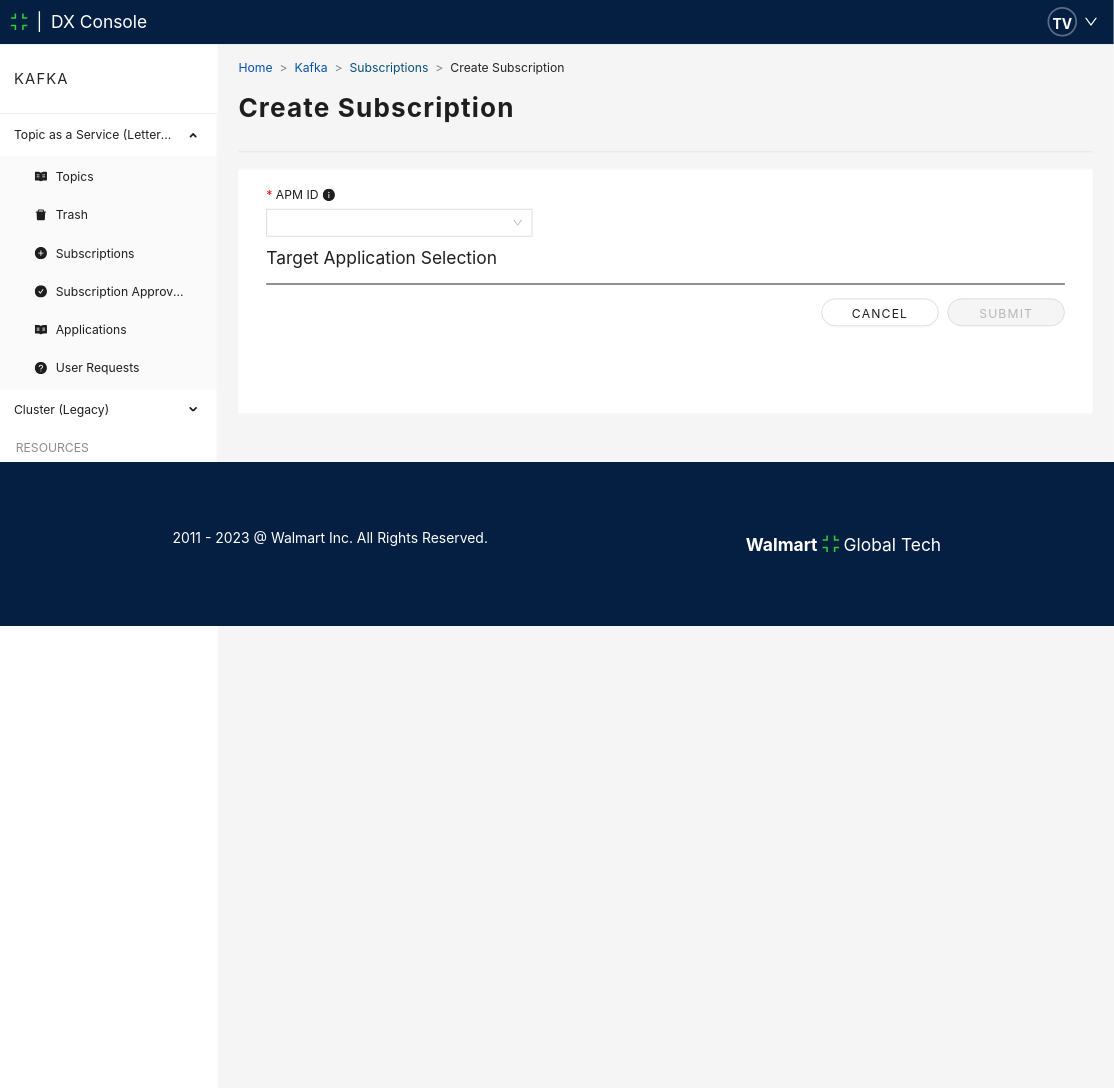
Repository: Qianying-Chai/kafka
Page: /kafka/subscriptions_active_tab=proxy/create
An editor plug-in stored every save of this project. The page is shown before and after the next save, followed by the edit.
The browser window is 1280 px wide. The pictures show the whole page, at 87% of full size.
The project was rebuilt for these pictures with package versions that can differ from the ones it lists, and the page was loaded fresh each time. Also part of the build but not shown: src/pages/Components/ComponentsTable.jsx, src/pages/Components/ComponentsInput.jsx, src/pages/Components/ComponentsPagination.jsx, src/pages/Taas/Topics/Topics.jsx, src/pages/Taas/Topics/CreateTopics/Form/DetailsForm.jsx, src/pages/Taas/Topics/CreateTopics/CreateTopic.jsx, src/pages/Taas/Trash/Style/Trash.css, src/pages/Taas/Trash/Trash.jsx and 15 more.

Above is the page before, as saved 2024-01-15 21:06:59.

### src/index.js
import React from "react";
import ReactDOM from "react-dom/client";
import App from "./App";
import { BrowserRouter } from "react-router-dom";
import { Provider } from "react-redux";
import store from "../src/redux/store";
import "./style/index.css";

const root = ReactDOM.createRoot(document.getElementById("root"));
root.render(
  <Provider store={store}>
    <BrowserRouter>
      <App />
    </BrowserRouter>
  </Provider>
);

### src/redux/store.jsx
import { configureStore } from "@reduxjs/toolkit";
import reducer from "./reducer";
const store = configureStore({ reducer: reducer });
export default store;

### src/pages/common/Header.jsx
import React from "react";
import "./Style/Header.css";
import { CompressOutlined, UpOutlined, DownOutlined } from "@ant-design/icons";
import { Layout } from "antd";
import { useState } from "react";
const Header = () => {
  const [login, setLogin] = useState(true);

  return (
    <Layout>
      <Layout.Header className="header">
        <div className="header-content-left">
          <CompressOutlined className="header-left-icon" />
          <span className="header-left-divider">|</span>
          <span className="header-left-dx-console">DX Console </span>
        </div>
        <div className="header-content-right">
          <div className="user">
            <div className="user-icon">TV</div>
            {login ? (
              <DownOutlined
                className="login-button"
                onClick={() => {
                  setLogin((state) => !state);
                }}
              />
            ) : (
              <UpOutlined
                className="logout-button"
                onClick={() => {
                  setLogin((state) => !state);
                }}
              />
            )}
          </div>
          <div
            className="logout-pop-up"
            style={{
              display: login ? "none" : "block",
            }}
          >
            LOGOUT
          </div>
        </div>
      </Layout.Header>
    </Layout>
  );
};
export default Header;

### src/pages/common/Sider.jsx
import React from "react";
import { Link } from "react-router-dom";
import "./Style/Sider.css";
import {
  ReadFilled,
  DeleteFilled,
  PlusCircleFilled,
  CheckCircleFilled,
  QuestionCircleFilled,
  HddFilled,
  SettingFilled,
} from "@ant-design/icons";
import { Layout, Menu, theme, ConfigProvider } from "antd";
import categoryConstants from "./categoryConstants";

const Sider = () => {
  const {
    token: { colorBgContainer },
  } = theme.useToken();

  const items = [
    {
      key: "Topic as a Service (Lettera)",
      label: "Topic as a Service (Lettera)",
      children: [
        {
          key: "Topics",
          label: (
            <Link to={`kafka/${categoryConstants.TOPICS.toLowerCase()}`}>
              {categoryConstants.TOPICS}
            </Link>
          ),
          icon: React.createElement(ReadFilled),
        },
        {
          key: "Trash",
          label: (
            <Link to={`kafka/${categoryConstants.TRASH.toLowerCase()}`}>
              {categoryConstants.TRASH}
            </Link>
          ),
          icon: React.createElement(DeleteFilled),
        },
        {
          key: "Subscriptions",
          label: (
            <Link
              to={`kafka/${categoryConstants.SUBSCRIPTIONS.toLowerCase()}_active_tab=nonProxy`}
            >
              {categoryConstants.SUBSCRIPTIONS}
            </Link>
          ),
          icon: React.createElement(PlusCircleFilled),
        },
        {
          key: "Subscription Approvals",
          label: (
            <Link to={`kafka/subscriptionRequests`}>
              {categoryConstants.SUBSCRIPTIONS_APPROVALS.replace("_", " ")}
            </Link>
          ),
          icon: React.createElement(CheckCircleFilled),
        },
        {
          key: "Applications",
          label: (
            <Link to={`kafka/${categoryConstants.APPLICATIONS.toLowerCase()}`}>
              {categoryConstants.APPLICATIONS}
            </Link>
          ),
          icon: React.createElement(ReadFilled),
        },
        {
          key: "User Requests",
          label: (
            <Link to={`kafka/requests`}>
              {categoryConstants.USER_REQUESTS.replace("_", " ")}
            </Link>
          ),
          icon: React.createElement(QuestionCircleFilled),
        },
      ],
    },
    {
      label: <div>Cluster (Legacy)</div>,
      key: "Cluster (Legacy)",
      children: [
        {
          key: "Clusters",
          label: (
            <Link to={`kafka/${categoryConstants.CLUSTERS.toLowerCase()}`}>
              {categoryConstants.CLUSTERS}
            </Link>
          ),
          icon: React.createElement(HddFilled),
        },
        {
          key: "Migrated Clusters",
          label: (
            <Link to={`kafka/migrated-clusters`}>
              {categoryConstants.MIGRATED_CLUSTERS.replace("_", " ")}
            </Link>
          ),
          icon: React.createElement(HddFilled),
        },
        {
          key: "Subscription",
          label: (
            <Link to={`kafka/mps-clusters-subscriptions`}>
              {categoryConstants.SUBSCRIPTION}
            </Link>
          ),
          icon: React.createElement(PlusCircleFilled),
        },
        {
          key: "User Requests (Legacy)",
          label: (
            <Link to={`kafka/legacy-requests`}>User Requests (Legacy)</Link>
          ),
          icon: React.createElement(QuestionCircleFilled),
        },
      ],
    },
    {
      label: <div>RESOURCES</div>,
      type: "group",
      key: "RESOURCES",
      children: [
        {
          key: "Supprot",
          label: (
            <Link to={`kafka/${categoryConstants.SUPPORT.toLowerCase()}`}>
              {categoryConstants.SUPPORT}
            </Link>
          ),
          icon: React.createElement(SettingFilled),
        },
      ],
    },
  ];

  return (
    <ConfigProvider
      theme={{
        components: {
          Menu: {
            itemHoverBg: "",
            itemHoverColor: "#1890ff",
            padding: 30,
          },
          Tabs: {
            inkBarColor: "rgb(4, 31, 65)",
          },
        },
      }}
    >
      <Layout.Sider
        className="sider"
        width={"250px"}
        style={{
          background: colorBgContainer,
        }}
      >
        <div className="slider-top">
          <span className="slider-top-content">KAFKA</span>
        </div>
        <div
          style={{
            marginLeft: "-12px",
          }}
        >
          <div></div>
          <Menu
            mode="inline"
            items={items}
            defaultOpenKeys={["Topic as a Service (Lettera)", "RESOURCES"]}
            style={{
              color: "#041f41",
            }}
          />
        </div>
      </Layout.Sider>
    </ConfigProvider>
  );
};
export default Sider;

### src/pages/common/categoryConstants.jsx
const categoryConstants = {
  TOPICS: "Topics",
  TRASH: "Trash",
  SUBSCRIPTIONS: "Subscriptions",
  SUBSCRIPTIONS_APPROVALS: "Subscription Approvals",
  APPLICATIONS: "Applications",
  USER_REQUESTS: "User Requests",
  CLUSTERS: "Clusters",
  MIGRATED_CLUSTERS: "Migrated Clusters",
  SUBSCRIPTION: "Subscription",
  USERE_REQUESTS_LEGACY: "User Requests (Legacy)",
  SUPPORT: "Support",
  CREATE_TOPIC: "Create Topic",
  CREATE_SUBSCRIPTION: "Create Subscription",
};

export default categoryConstants;

### src/pages/Taas/Subscriptions/SubscriptionsProxy/CreateSubscriptions/CreateSubscriptionsProxy.jsx
import React from "react";
import ComponentsContent from "../../../../Components/ComponentsContent";
import categoryConstants from "../../../../common/categoryConstants";
import ComponentsBreadcrumb from "../../../../Components/ComponentsBreadcrumb";
import ComponentsDivider from "../../../../Components/ComponentsDivider";
import ComponentsTitle from "../../../../Components/ComponentsTitle";
import SubscriptionNameForm from "../Form/SubscriptionNameForm";
// import SourceTopicSelectionFormProxy from "./Forms/SourceTopicSelectionFormProxy";
import { Typography, Button, ConfigProvider } from "antd";
const { Title } = Typography;
const CreateSubscriptionsProxy = () => {
  return (
    <ConfigProvider
      theme={{
        token: {
          borderRadius: 0,
        },
      }}
    >
      <div>
        <ComponentsBreadcrumb
          items={[
            {
              title: "Home",
            },
            {
              title: "Kafka",
            },
            {
              title: categoryConstants.SUBSCRIPTIONS,
              href: `/kafka/${categoryConstants.SUBSCRIPTIONS.toLowerCase()}_active_tab=nonProxy`,
            },
            {
              title: categoryConstants.CREATE_SUBSCRIPTION,
            },
          ]}
        />
        <div className="content-banner">
          <ComponentsTitle title={categoryConstants.CREATE_SUBSCRIPTION} />
        </div>
      </div>
      <ComponentsContent>
        {/* <SourceTopicForm /> */}
        <SubscriptionNameForm />
        <Title level={4} style={{ fontWeight: "normal" }}>
          Target Application Selection
        </Title>
        {/* <TargetApplicationSelectionForm /> */}
        <ComponentsDivider />
        <div className="buttons-wrapper">
          <Button shape="round" size={"medium"} className="cancel-button">
            CANCEL
          </Button>
          <Button
            shape="round"
            size={"medium"}
            disabled
            className="submit-button"
          >
            SUBMIT
          </Button>
        </div>
      </ComponentsContent>
    </ConfigProvider>
  );
};
export default CreateSubscriptionsProxy;

### src/pages/common/Footer.jsx
import React from "react";
import { Layout } from "antd";
import { CompressOutlined } from "@ant-design/icons";
import "./Style/Footer.css";

const Footer = () => {
  return (
    <Layout.Footer className="footer">
      <div className="footer-text-left">
        2011 - 2023 @ Walmart Inc. All Rights Reserved.
      </div>
      <div className="footer-text-right">
        <span className="footer-text-right-walmart">Walmart</span>
        <CompressOutlined className="footer-icon" />
        <span className="footer-text-right-global-tech">Global Tech</span>
      </div>
    </Layout.Footer>
  );
};

export default Footer;

### src/redux/reducer.jsx
import { SET_PATH_NAME, SET_SELECTED_TAAS_SUBSCRIPTIONS } from "./constants";
const initialState = {
  pathName: "",
  selectedTaasSubscriptions: "nonProxy",
};
const reducer = (state = initialState, action) => {
  const { type, payload } = action;
  switch (type) {
    case SET_PATH_NAME:
      return { ...state, pathName: payload };
    case SET_SELECTED_TAAS_SUBSCRIPTIONS:
      return { ...state, selectedTaasSubscriptions: payload };
    default:
      return state;
  }
};

export default reducer;

### src/pages/common/Style/Header.css
.header {
  justify-content: space-between;
  padding: 0 12px;
  background-color: rgb(4, 31, 65);
  height: 51px;
  line-height: 51px;
  color: #ffffff;
}

.header,
.user {
  display: flex;
}

.header-content-left {
  font-size: 20px;
}

.header-left-icon {
  color: #32cd32;
}

.header-left-divider {
  margin: 0 10px;
}

.header-content-right {
  font-weight: bolder;
  flex-direction: column;
  font-size: 1rem;
  width: 76px;
  padding-left: 12px;
}

.user {
  margin: 8px 0px;
}
.user-icon {
  height: 34px;
  line-height: 34px;
  width: 34px;
  border-radius: 50%;
  text-align: center;
}
.user-icon,
.logout-pop-up {
  border: 2px solid rgba(225, 225, 225, 0.4);
}

.login-button,
.logout-button {
  padding-left: 8px;
}

.logout-pop-up {
  transition: all 10s ease-out;
  width: 100px;
  height: 60px;
  line-height: 60px;
  position: absolute;
  right: 0px;
  z-index: 999;
  font-size: 15px;
  letter-spacing: 1pt;
  text-align: center;
  justify-content: center;
  color: rgb(94, 91, 91);
  box-shadow: 0px 0px 4px 4px rgba(176, 174, 174, 0.4);
}

### src/pages/common/Style/Sider.css
.sider {
  min-height: 1200px;
}

.slider-top {
  height: 80px;
  border-bottom: 1px solid rgb(239, 239, 239);
}
.slider-top-content {
  height: 100%;
  display: flex;
  align-items: center;
  margin-left: 16px;
  letter-spacing: 1pt;
  font-size: 17px;
  color: #000000d9;
}

### src/pages/Components/ComponentsContent.jsx
import React from "react";
import "../common/Style/Content.css";
import { Layout, theme } from "antd";

const ComponentsContent = (props) => {
  const {
    token: { colorBgContainer },
  } = theme.useToken();

  return (
    <div>
      <Layout.Content
        style={{
          padding: "20px 32px 32px",
          minHeight: 280,
          background: colorBgContainer,
        }}
        {...props}
      ></Layout.Content>
    </div>
  );
};
export default ComponentsContent;

### src/pages/Components/ComponentsBreadcrumb.jsx
import React from "react";
import { Breadcrumb, ConfigProvider } from "antd";

const ComponentsBreadcrumb = (props) => {
  return (
    <ConfigProvider
      theme={{
        components: {
          Breadcrumb: {
            lastItemColor: "#000000D9",
            linkColor: "#075179",
            itemColor: "#0751A9",
            linkHoverColor: "#F5F5F5",
          },
          token: {
            colorBgTextHover: "#F5F5F5",
          },
        },
      }}
    >
      <div>
        <Breadcrumb
          style={{
            margin: "16px 0",
          }}
          separator=">"
          items={props.items}
        ></Breadcrumb>
      </div>
    </ConfigProvider>
  );
};
export default ComponentsBreadcrumb;

### src/pages/Components/ComponentsTitle.jsx
import React from "react";
import { Typography, ConfigProvider } from "antd";
const { Title } = Typography;

const ComponentsTitle = (props) => {
  return (
    <>
      <ConfigProvider
        theme={{
          components: {
            token: {
              colorText: "#041E42",
            },
          },
        }}
      >
        <Title level={2} style={{ fontWeight: "bold" }}>
          {props.title}
        </Title>
      </ConfigProvider>
    </>
  );
};

export default ComponentsTitle;

### src/pages/Components/ComponentsDivider.jsx
import React from "react";
import { Divider, ConfigProvider } from "antd";
const ComponentsDivider = () => (
  <ConfigProvider
    theme={{
      token: {
        colorSplit: "rgba(0, 0, 0, 0.85)",
        marginLG: 16,
      },
    }}
  >
    {" "}
    <Divider />
  </ConfigProvider>
);
export default ComponentsDivider;

### src/pages/Taas/Topics/Style/CreateTopic.css
.buttons-wrapper {
  display: flex;
  justify-content: flex-end;
}

.cancel-button,
.submit-button {
  letter-spacing: 1pt;
  padding: 4px 15px;
  width: 135px;
}
.cancel-button {
  margin-right: 10px;
}

### src/pages/Taas/Subscriptions/SubscriptionsProxy/Form/SubscriptionNameForm.jsx
import React, { useMemo, useRef, useState } from "react";
import SelectTitle from "../../../../Components/SelectTitle";
import { Col, Row, Select, Spin } from "antd";
import debounce from "lodash/debounce";

const SubscriptionNameForm = () => {
  function DebounceSelect({ fetchOptions, debounceTimeout = 800, ...props }) {
    const [fetching, setFetching] = useState(false);
    const [options, setOptions] = useState([]);
    const fetchRef = useRef(0);
    const debounceFetcher = useMemo(() => {
      const loadOptions = (value) => {
        fetchRef.current += 1;
        const fetchId = fetchRef.current;
        setOptions([]);
        setFetching(true);
        fetchOptions(value).then((newOptions) => {
          if (fetchId !== fetchRef.current) {
            // for fetch callback order
            return;
          }
          setOptions(newOptions);
          setFetching(false);
        });
      };
      return debounce(loadOptions, debounceTimeout);
    }, [fetchOptions, debounceTimeout]);
    return (
      <Select
        labelInValue
        filterOption={false}
        onSearch={debounceFetcher}
        notFoundContent={fetching ? <Spin size="small" /> : null}
        {...props}
        options={options}
      />
    );
  }
  async function fetchUserList(username) {
    console.log("fetching user", username);
    return fetch("https://randomuser.me/api/?results=5")
      .then((response) => response.json())
      .then((body) =>
        body.results.map((user) => ({
          label: `${user.name.first} ${user.name.last}`,
          value: user.login.username,
        }))
      );
  }
  const [value, setValue] = useState([]);

  return (
    <>
      <Row style={{ display: "flex", flexFlow: "nowrap" }}>
        <Col
          span={8}
          className="col"
          style={{
            marginRight: "12px",
          }}
        >
          <SelectTitle title={"APM ID"} />
          <DebounceSelect
            mode="multiple"
            value={value}
            fetchOptions={fetchUserList}
            onChange={(newValue) => {
              setValue(newValue);
            }}
            className="select"
          />
        </Col>
      </Row>
    </>
  );
};
export default SubscriptionNameForm;

### src/pages/common/Style/Footer.css
.footer {
  text-emphasis-style: center;
  background-color: #041f41;
  color: white;
  display: flex;
  justify-content: space-around;
  height: 189px;
  align-items: center;
  width: 100%;
  position: fixed;
  bottom: 0;
}

.footer-icon {
  font-size: 20px;
  color: #32cd32;
}

.footer-text-left {
  font-size: 16px;
  margin-bottom: 16px;
}

.footer-text-right {
  font-size: 20px;
}

.footer-text-right-walmart {
  font-weight: bold;
  padding-right: 5px;
}

.footer-text-right-global-tech {
  padding-left: 5px;
}

### src/redux/constants.jsx
const SET_PATH_NAME = "SET_PATH_NAME";
const SET_SELECTED_TAAS_SUBSCRIPTIONS = "SET_SELECTED_TAAS_SUBSCRIPTIONS";
export { SET_PATH_NAME };
export { SET_SELECTED_TAAS_SUBSCRIPTIONS };

### src/pages/common/Style/Content.css
.content-banner {
  height: 70px;
  display: flex;
  justify-content: space-between;
  background-color: #f5f5f5;
  color: #041e42;
  letter-spacing: 1pt;
  border-bottom: 1px solid rgba(167, 164, 164, 0.3);
  margin-bottom: 20px;
  padding-bottom: 15px;
}

.content-banner-button {
  background-color: #041f41;
  color: #ffffff;
  letter-spacing: 1pt;
}

.content-text {
  margin: 24px 0 20px;
}

### src/pages/Components/SelectTitle.jsx
import React from "react";
import "./Style/SelectTitle.css";
import { InfoCircleFilled } from "@ant-design/icons";
const SelectTitle = (props) => {
  return (
    <div className="Select-title-wrapper">
      <span className="prefix">*</span>
      <span className="Select-title">{props.title}</span>
      <InfoCircleFilled />
    </div>
  );
};

export default SelectTitle;

### src/pages/Taas/Topics/Style/DetailsForm.css
.select {
  margin: 0 0 10px;
  width: 100%;
}

### src/pages/Components/Style/SelectTitle.css
.prefix {
  color: red;
  margin-right: 4px;
}

.Select-title-wrapper {
  padding-bottom: 8px;
}

.Select-title {
  margin-right: 5px;
}

Loaded but not shown: public/index.html (common file); src/style/index.css (common file); src/App.js (104 lines, source omitted)

After the next save:
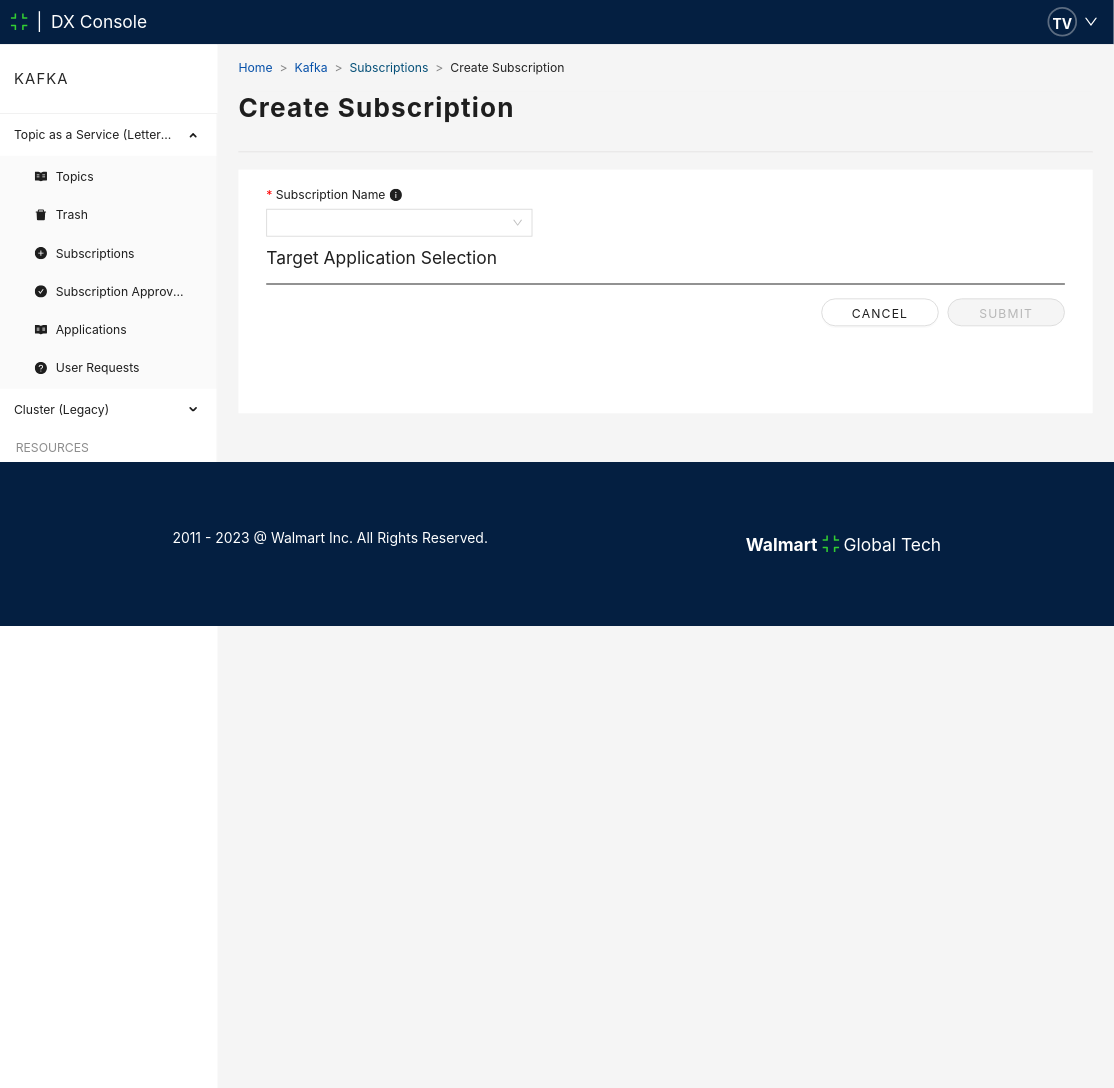
Saved 19 s later.
--- a/src/pages/Taas/Subscriptions/SubscriptionsProxy/Form/SubscriptionNameForm.jsx
+++ b/src/pages/Taas/Subscriptions/SubscriptionsProxy/Form/SubscriptionNameForm.jsx
@@ -59,7 +59,7 @@
             marginRight: "12px",
           }}
         >
-          <SelectTitle title={"APM ID"} />
+          <SelectTitle title={"Subscription Name"} />
           <DebounceSelect
             mode="multiple"
             value={value}
